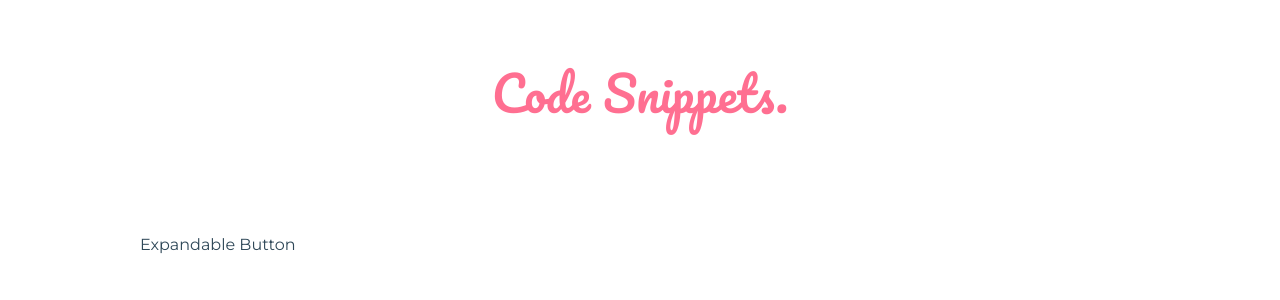
Repository: vikatgen/code-snippets
Page: index.html
These files come from the project's save history. The page is drawn as it stood at one moment and after the next save; the edit follows.
The browser window is 1280 px wide. The pictures show the whole page.
The style sheet was rebuilt from its Sass, Less or Tailwind sources for each picture, by a compiler version that may differ from the author's.

Above is the page before, as saved 2020-03-30 22:52:48.

### index.html
<!DOCTYPE html>
<html lang="en">
  <head>
    <meta charset="UTF-8" />
    <meta name="viewport" content="width=device-width, initial-scale=1.0" />
    <link rel="stylesheet" href="/main.css" />
    <title>Code Snippets</title>
  </head>
  <body>
    <section id="heading-section">
      <div class="container">
        <div class="header-wrapper">
          <span>Code Snippets.</span>
        </div>
      </div>
    </section>
    <section class="links-section">
      <div class="container">
        <a href="/expandable-button-menu/">Expandable Button</a>
      </div>
    </section>
  </body>
</html>

### main.scss
@import url("https://fonts.googleapis.com/css?family=Montserrat:400,600,700|Pacifico&display=swap");

$heading: "Pacifico", cursive;
$ff-normal: "Montserrat", sans-serif;
$text-color: #2f4858;
$heading-color: #ff6f91;

.container {
  width: 90%;
  max-width: 1000px;
  margin: auto;
}

a {
  text-decoration: none;
  font-family: $ff-normal;
  color: $text-color;
  font-family: 600;
}

.header-wrapper {
  width: 100%;
  text-align: center;
  margin-top: 50px;
  margin-bottom: 100px;
  span {
    font-family: $heading;
    font-size: 3rem;
    color: $heading-color;
  }
}

Loaded but not shown: css/normalize.css (library)

After the next save:
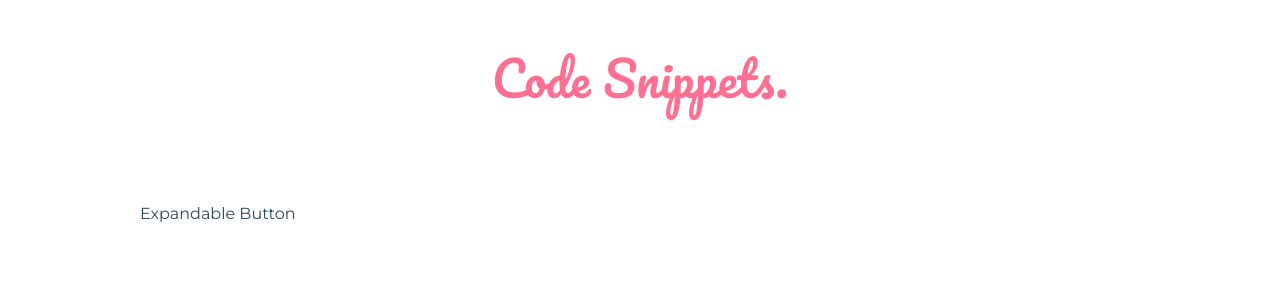
Saved 23 s later.
--- a/index.html
+++ b/index.html
@@ -3,6 +3,7 @@
   <head>
     <meta charset="UTF-8" />
     <meta name="viewport" content="width=device-width, initial-scale=1.0" />
+    <link rel="stylesheet" href="/css/normalize.css" />
     <link rel="stylesheet" href="/main.css" />
     <title>Code Snippets</title>
   </head>
